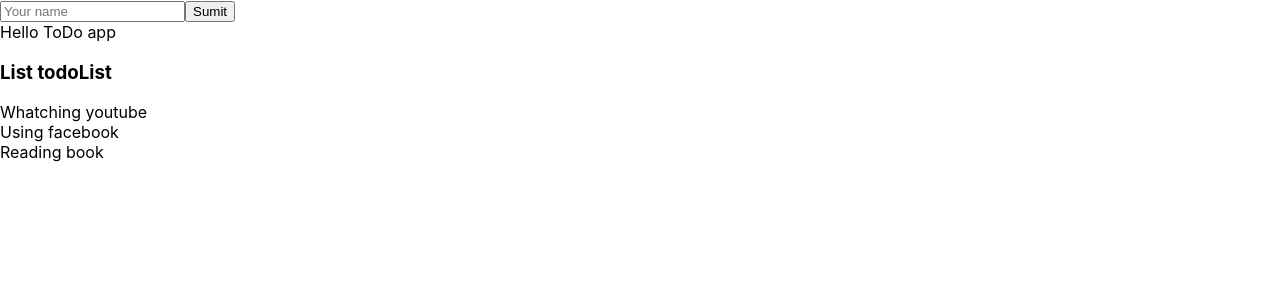
Repository: hoang0508/ReactJsHoiDanIT
Page: /product
These files come from the project's save history. The page is drawn as it stood at one moment and after the next save; the edit follows.
The browser window is 1280 px wide. The pictures show the whole page.
The project was rebuilt for these pictures with package versions that can differ from the ones it lists, and the page was loaded fresh each time. Also part of the build but not shown: src/App.css.

Above is the page before, as saved 2022-02-04 13:05:32.

### src/App.js
// import logo from "./logo.svg";
import "./App.css";
import TodoList from "./components/TodoApp/TodoList";

const App = () => {
  return <TodoList />;
};

export default App;

### src/components/TodoApp/TodoList.js
import React, { useState } from "react";

const TodoList = () => {
  const [nameTodo, setNameTodo] = useState("");
  const [listTodo, setListTodo] = useState([
    {
      id: 1,
      name: "Whatching youtube",
    },
    {
      id: 2,
      name: "Using facebook",
    },
    {
      id: 3,
      name: "Reading book",
    },
  ]);
  console.log(">> check data:", listTodo);
  const handleChangeTodo = (e) => {
    setNameTodo(e.target.value);
  };
  const handleClickTodo = (e) => {
    let todoItem = {
      id: Math.floor(Math.random() * 1000),
      name: nameTodo,
    };
    setListTodo([...listTodo, todoItem]);
  };
  return (
    <>
      <input
        type="text"
        placeholder="Your name"
        // value={nameTodo}
        onChange={(e) => handleChangeTodo(e)}
      />
      <button type="button" onClick={(e) => handleClickTodo(e)}>
        Sumit
      </button>
      <div>Hello ToDo app {nameTodo}</div>
      <div>
        <h3>List todoList</h3>
        {listTodo &&
          listTodo.length > 0 &&
          listTodo.map((item, index) => (
            <div key={item.id}>
              <div>{item.name}</div>
            </div>
          ))}
      </div>
    </>
  );
};

// class TodoList extends React.Component {
//   // Khai báo state
//   state = {
//     name: "Hoang",
//   };
//   render() {
//     return (
//       <>
//         <input
//           placeholder="Your name"
//           onChange={(e) => this.setState({ name: e.target.value })}
//         />
//         <div>Hello {this.state.name}</div>
//       </>
//     );
//   }
// }

export default TodoList;

Loaded but not shown: public/index.html (common file); src/index.js (common file); src/index.css (common file); src/reportWebVitals.js (common file)

After the next save:
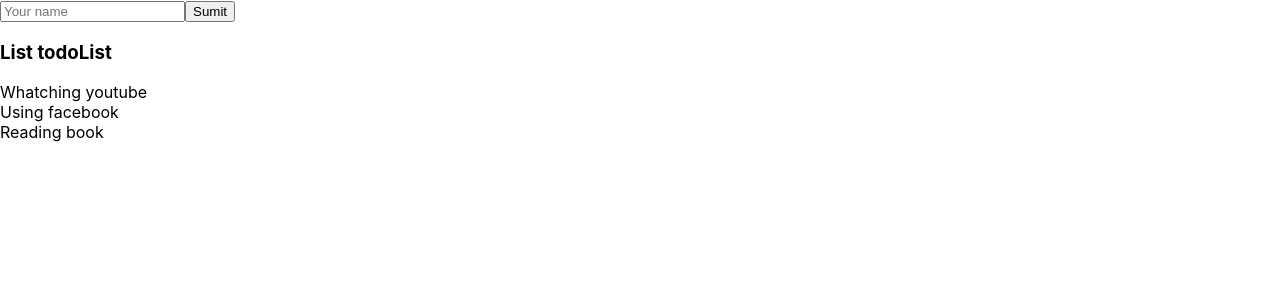
Saved 2 h 59 min later.
--- a/src/components/TodoApp/TodoList.js
+++ b/src/components/TodoApp/TodoList.js
@@ -38,7 +38,6 @@ const TodoList = () => {
       <button type="button" onClick={(e) => handleClickTodo(e)}>
         Sumit
       </button>
-      <div>Hello ToDo app {nameTodo}</div>
       <div>
         <h3>List todoList</h3>
         {listTodo &&
